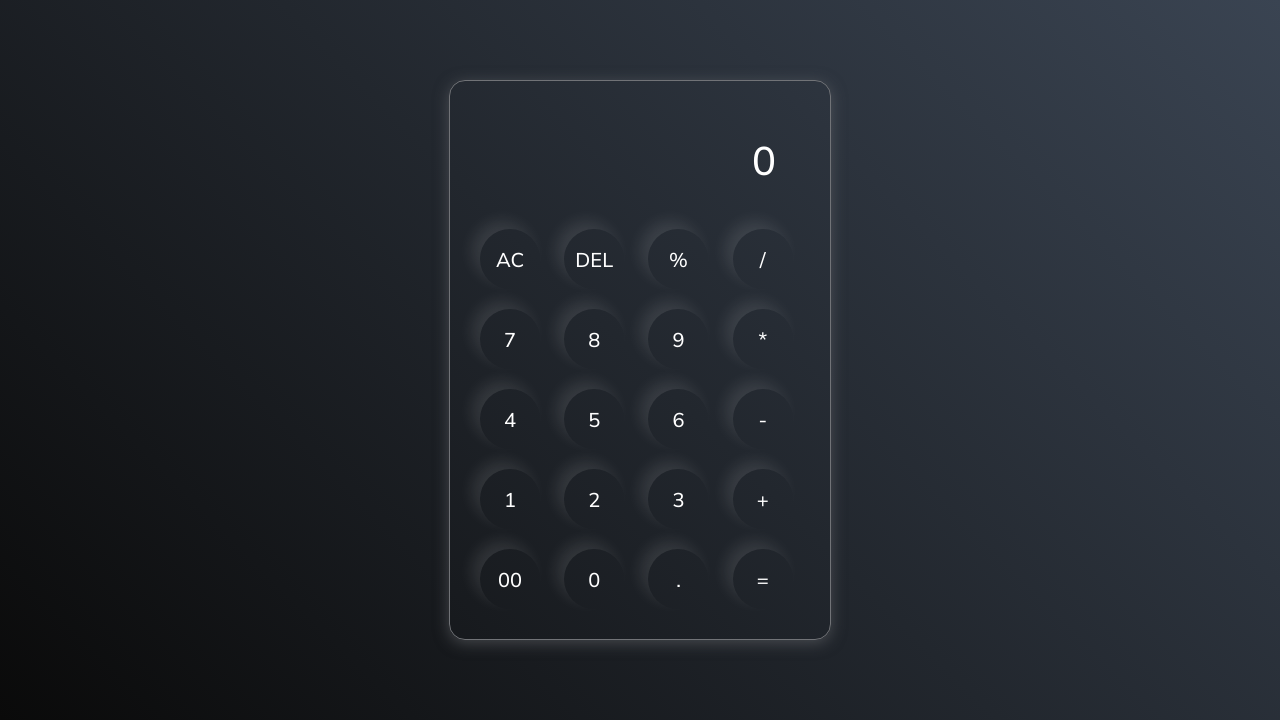
Repository: vaibhav1281/Calculator
Page: index.html
The author's editor kept a copy of each file at every save. The page is drawn from the files as they stood at one save, then again after the next save.
The browser window is 1280 px wide. The pictures show the whole page.

Above is the page before, as saved 2023-05-06 20:12:49.

### index.html
<!DOCTYPE html>
<html lang="en">
<head>
    <meta charset="UTF-8">
    <meta http-equiv="X-UA-Compatible" content="IE=edge">
    <meta name="viewport" content="width=device-width, initial-scale=1.0">
    <title>Calculator - By Vaibhav Saroj</title>
    <link rel="stylesheet" href="styles.css">
</head>
<body>
    <div class="calcurator">
        <input type="text" placeholder="0">
        <div>
            <button>AC</button>
            <button>DEL</button>
            <button>%</button>
            <button>/</button>
        </div>
        <div>
            <button>7</button>
            <button>8</button>
            <button>9</button>
            <button>*</button>
        </div>
        <div>
            <button>4</button>
            <button>5</button>
            <button>6</button>
            <button>-</button>
        </div>
        <div>
            <button>1</button>
            <button>2</button>
            <button>3</button>
            <button>+</button>
        </div>
        <div>
            <button>00</button>
            <button>0</button>
            <button>.</button>
            <button class="equalBtn">=</button>
        </div>
    </div>


    <script src="index.js"></script>
</body>
</html>

### styles.css
@import url('https://fonts.googleapis.com/css2?family=Be+Vietnam+Pro:wght@100&family=Mulish:wght@500&display=swap');

*{
    margin: 0;
    padding: 0;
    box-sizing: border-box;
    font-family: 'Be Vietnam Pro', sans-serif;
    font-family: 'Mulish', sans-serif;
}
body{
    width: 100%;
    height: 100vh;
    display: flex;
    justify-content: center; /* It's move horizontally*/
    align-items: center; /*It's move vertically*/
    background: linear-gradient(45deg , #0a0a0a ,#3a4452);
}
.calcurator{
    border: 1px solid #717377;
    padding: 20px;
    border-radius: 16px;
    background-color: transparent;
    box-shadow: 0px 3px 15px rgba(113, 115, 119, 0.5);
}
input{
    width: 320px;
    border: none;
    padding: 24px;
    margin: 10px;
    background: transparent;
    box-shadow: 0px 3px 15px rgbs(84, 84, 84, 0.1);
    font-size: 40px;
    text-align: right;
    cursor: pointer;
    color: #ffffff;
}
input::placeholder{
    color: #ffffff;
}
button{
    border: none;
    width: 60px;
    height: 60px;
    margin: 10px;
    border-radius: 50%;
    background: transparent;
    color: #ffffff;
    font-size: 20px;
    box-shadow: -8px -8px 15px rgba(255, 255, 255, 0.1);
    cursor: pointer;
}
.equalBtn{

}

Loaded but not shown: index.js (no copy from this time; the picture is the same without it)

After the next save:
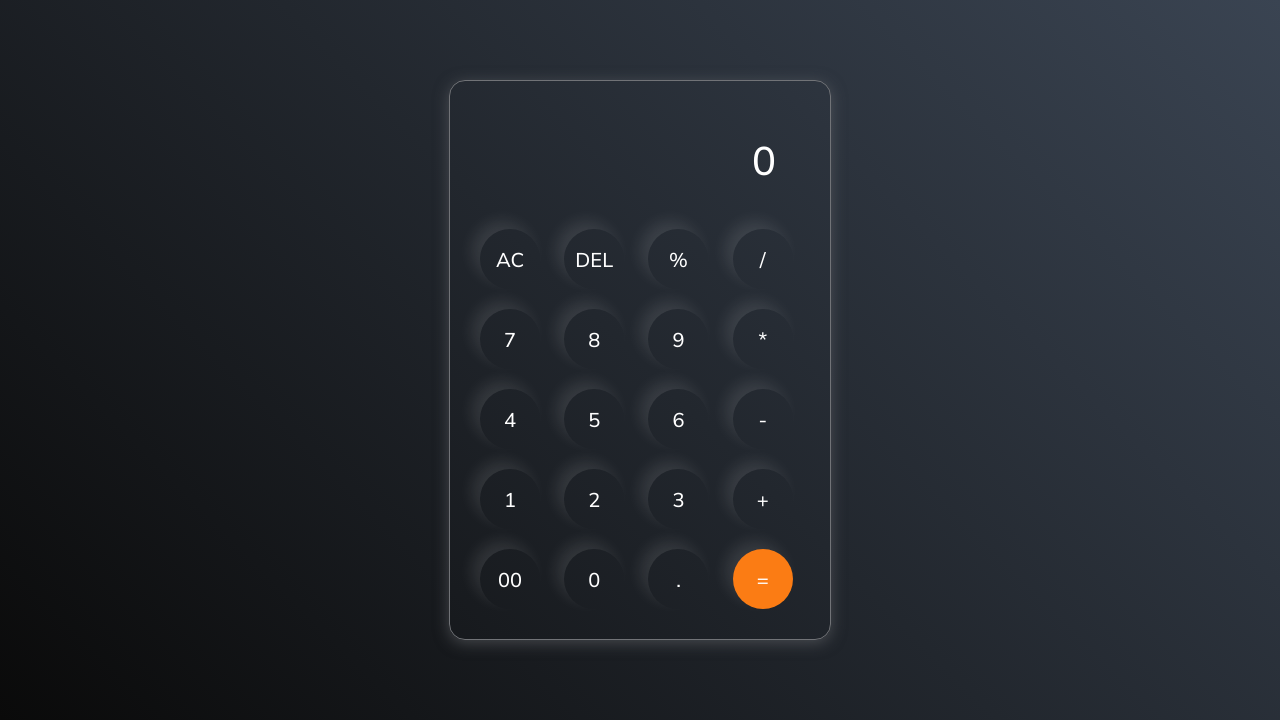
Saved 7 s later.
--- a/styles.css
+++ b/styles.css
@@ -50,5 +50,5 @@ button{
     cursor: pointer;
 }
 .equalBtn{
-
+    background-color: #fb7c14;
 }
